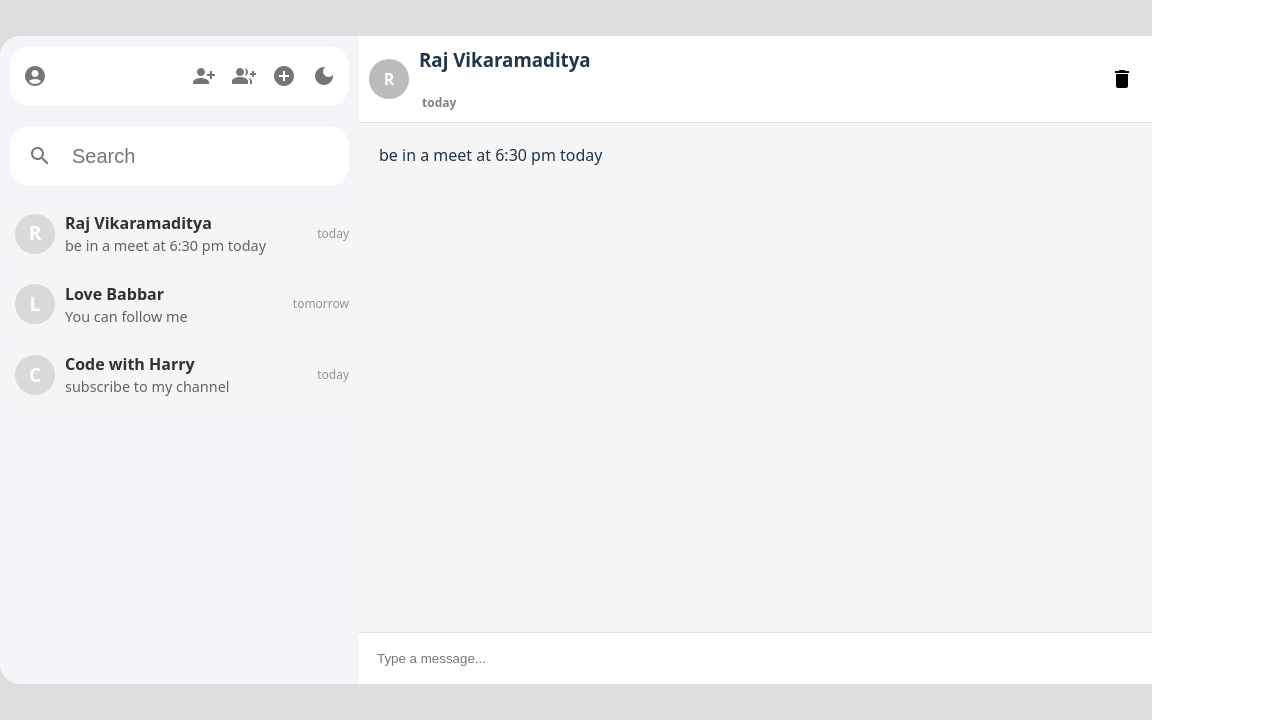
Repository: rahul-chakradhari/chat_app
Page: /
An editor plug-in stored every save of this project. The page is shown before and after the next save, followed by the edit.
The browser window is 1280 px wide. The pictures show the whole page.
The project was rebuilt for these pictures with package versions that can differ from the ones it lists, and the page was loaded fresh each time. Also part of the build but not shown: vite.config.js.

Above is the page before, as saved 2025-02-28 13:31:09.

### index.html
<!DOCTYPE html>
<html lang="en">
  <head>
    <meta charset="UTF-8" />
    <link rel="icon" href="./live-chat.png" />

    <meta name="viewport" content="width=device-width, initial-scale=1.0" />
    <title>Vite + React</title>
  </head>
  <body>
    <div id="root"></div>
    <script type="module" src="/src/main.jsx"></script>
  </body>
</html>

### src/App.jsx
import "./App.css";
import Maincontainer from "./components/Maincontainer";

function App() {
  return (
    <div className="App">
      <Maincontainer />
    </div>
  );
}

export default App;

### src/App.css
* {
  margin: 0;
}
.App {
  background-color: #dddedd;
  min-height: 100vh;
  display: flex;
  justify-content: center;
  align-items: center;
}

### src/components/Maincontainer.jsx
import "./Mystyles.css";
import Sidebar from "./Sidebar";
import Chatarea from "./Chatarea";

const Maincontainer = () => {
  return (
    <div className="main">
      <Sidebar />
      <Chatarea />
    </div>
  );
};

export default Maincontainer;

### src/components/Mystyles.css
.main {
  background-color: #f4f5f8;
  height: 90vh;
  width: 90vw;
  display: flex;
  border-radius: 20px;
}
.side {
  flex: 0.3;
  display: flex;
  flex-direction: column;
}
.chat {
  background-color: aliceblue;
  flex: 0.7;
}
.headers {
  background-color: white;
  border-radius: 20px;
  padding: 10px 5px;
  margin: 10px;
  display: flex;
  justify-content: space-between;
}
.search {
  background-color: white;
  border-radius: 20px;
  padding: 10px 10px;
  margin: 10px;
  display: flex;
  align-items: center;
}
.box {
  outline-width: 0;
  border: none;
  font-size: 1.25rem;
  margin-left: 10px;
}
.conver {
  background-color: white;
  border-radius: 20px;
  padding: 10px 5px;
  margin: 10px;
  flex: 1;
}
.conversationitem {
  display: flex;
  align-items: center; /* Items ko vertical center align karega */
  gap: 10px; /* Icon aur text ke beech gap */
  padding: 10px;
  margin: 5px;
  border-radius: 20px;
  background-color: #f5f5f5; /* Light background */
  width: 100%;
}

.icon {
  display: flex;
  justify-content: center;
  align-items: center;
  background-color: #d9d9d9;
  font-size: 1.2rem;
  font-weight: bold;
  color: white;
  height: 40px;
  width: 40px;
  border-radius: 50%;
  flex-shrink: 0; /* Icon ka size maintain rahega */
}

.conversation-text {
  display: flex;
  flex-direction: column;
  flex-grow: 1; /* Ye ensure karega ki text area full width le */
}

.title {
  font-weight: bold;
  font-size: 1rem;
  color: rgba(0, 0, 0, 0.8);
}

.message {
  font-size: 0.9rem;
  color: rgba(0, 0, 0, 0.6);
}

.time {
  margin-right: 25px;
  font-size: 0.75rem;
  color: rgba(0, 0, 0, 0.4);
  flex-shrink: 0; /* Time ka size fix rahe */
}
.chat {
  display: flex;
  flex-direction: column;
  flex: 0.7;
}
.chattingwith {
  background-color: green;
}
.mess {
  background-color: aquamarine;
  flex-grow: 1;
}
.inputbox {
  background-color: green;
}
.trash {
  color: black;
}
.chat {
  display: flex;
  flex-direction: column;
  flex: 0.7;
}

.chat-header {
  display: flex;
  justify-content: space-between;
  align-items: center;
  padding: 10px;
  background: white;
  border-bottom: 1px solid #ddd;
}
.avatar {
  border-color: #d9d9d9;
  color: white;
}
.chat-info {
  display: flex;
  align-items: center;
}

.chat-info .avatar {
  width: 40px;
  height: 40px;
  border-radius: 50%;
  background: #bbb;
  display: flex;
  justify-content: center;
  align-items: center;
  font-weight: bold;
  margin-right: 10px;
}

.trash {
  color: black;
}

.mess {
  flex-grow: 1;
  padding: 20px;
  background: #f5f5f5;
}

.inputbox {
  padding: 10px;
  border-top: 1px solid #ddd;
  background: white;
}

.inputbox input {
  width: 100%;
  padding: 8px;
  border: none;
  outline: none;
}
.name-time {
  display: flex;
  flex-direction: column;
  align-items: flex-start; /* Left-align text properly */
}

.niche {
  font-size: 12px;
  color: gray;
  margin: 2px 0 0 3px;
  margin-top: 20px;
  margin-right: 12px;
  /* 👈 Adjust left margin properly */
  padding-right: 42px; /* 🔹 Slight padding for spacing */
}

### src/components/Sidebar.jsx
import { useState } from "react";
import AccountCircleIcon from "@mui/icons-material/AccountCircle";
import PersonAddAlt1Icon from "@mui/icons-material/PersonAddAlt1";
import GroupAddIcon from "@mui/icons-material/GroupAdd";
import AddCircleIcon from "@mui/icons-material/AddCircle";
import DarkModeIcon from "@mui/icons-material/DarkMode";
import SearchIcon from "@mui/icons-material/Search";
import Conversationitem from "./Conversationitem";
import "./Mystyles.css";
import { IconButton } from "@mui/material";

const Sidebar = () => {
  const [conversations, setConversations] = useState([
    {
      id: 1,
      name: "Raj Vikaramaditya",
      lastMessage: "be in a meet at 6:30 pm today",
      timeStamp: "today",
    },
    {
      id: 2,
      name: "Love Babbar",
      lastMessage: "You can follow me ",
      timeStamp: "tomorrow",
    },
    {
      id: 3,
      name: "Code with Harry",
      lastMessage: "subscribe to my channel",
      timeStamp: "today",
    },
  ]);

  return (
    <div className="side">
      <div className="headers">
        <div>
          <IconButton>
            <AccountCircleIcon />
          </IconButton>
        </div>
        <div>
          <IconButton>
            <PersonAddAlt1Icon />
          </IconButton>
          <IconButton>
            <GroupAddIcon />
          </IconButton>
          <IconButton>
            <AddCircleIcon />
          </IconButton>
          <IconButton>
            <DarkModeIcon />
          </IconButton>
        </div>
      </div>

      <div className="search">
        <IconButton>
          <SearchIcon />
        </IconButton>
        <input placeholder="Search" className="box" />
      </div>

      <div className="conversation">
        {conversations.map((conversation) => (
          <Conversationitem key={conversation.id} {...conversation} />
        ))}
      </div>
    </div>
  );
};

export default Sidebar;

### src/components/Chatarea.jsx
import DeleteIcon from "@mui/icons-material/Delete";
import { IconButton } from "@mui/material";

const Chatarea = () => {
  const rajConversation = {
    id: 1,
    name: "Raj Vikaramaditya",
    lastMessage: "be in a meet at 6:30 pm today",
    timeStamp: "today",
  };

  return (
    <div className="chat">
      {/* 🔹 Chat Header (Only for Raj Vikaramaditya) */}
      <div className="chat-header">
        <div className="chat-info">
          <div className="avatar">R</div>
          <div className="name-time">
            <h3>{rajConversation.name}</h3>
            <h6 className="niche">{rajConversation.timeStamp}</h6>
          </div>
        </div>
        <IconButton>
          <DeleteIcon className="trash" />
        </IconButton>
      </div>

      {/* 🔹 Messages Container */}
      <div className="mess">{rajConversation.lastMessage}</div>

      {/* 🔹 Input Box */}
      <div className="inputbox">
        <input type="text" placeholder="Type a message..." />
      </div>
    </div>
  );
};

export default Chatarea;

### src/components/Conversationitem.jsx
const Conversationitem = (props) => {
  return (
    <div className="conversationitem">
      <p className="icon">{props.name[0]}</p>
      <div className="conversation-text">
        <p className="title">{props.name}</p>
        <p className="message">{props.lastMessage}</p>
      </div>
      <p className="time">{props.timeStamp}</p>
    </div>
  );
};

export default Conversationitem;

Loaded but not shown: src/main.jsx (common file); src/index.css (common file)

After the next save:
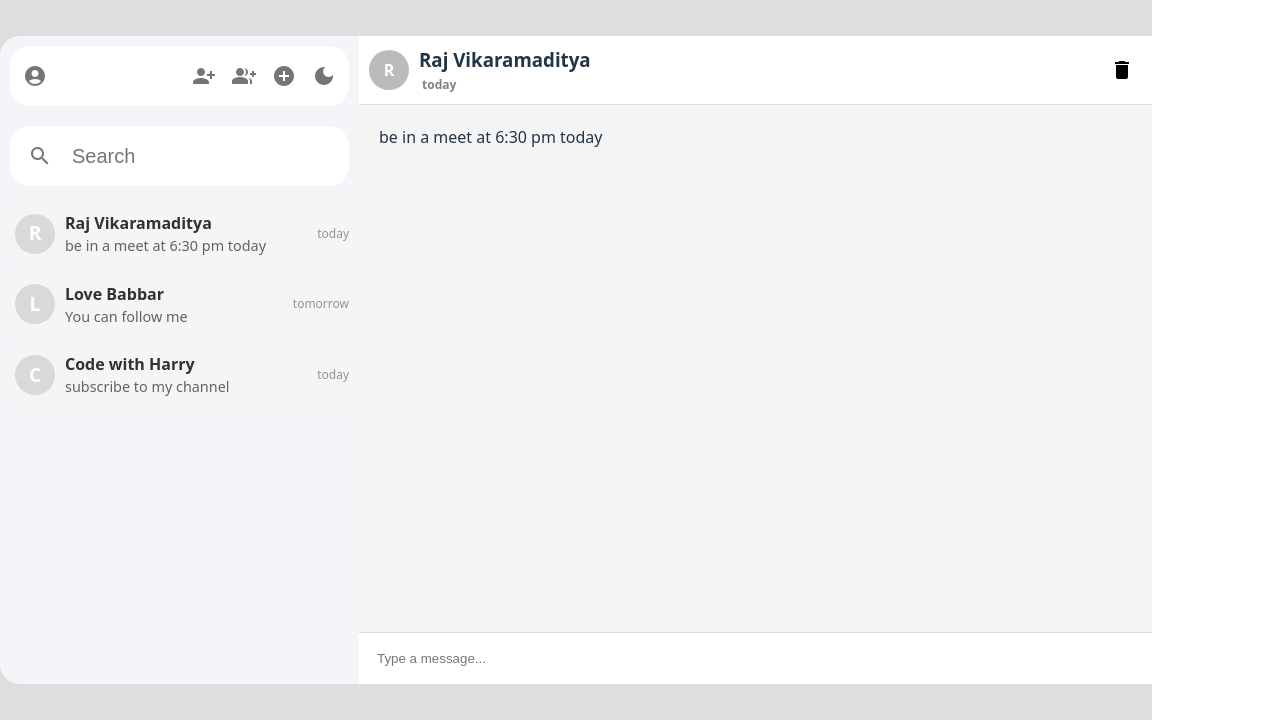
Saved 34 s later.
--- a/src/components/Mystyles.css
+++ b/src/components/Mystyles.css
@@ -176,7 +176,7 @@
   font-size: 12px;
   color: gray;
   margin: 2px 0 0 3px;
-  margin-top: 20px;
+  margin-top: 2px;
   margin-right: 12px;
   /* 👈 Adjust left margin properly */
   padding-right: 42px; /* 🔹 Slight padding for spacing */
